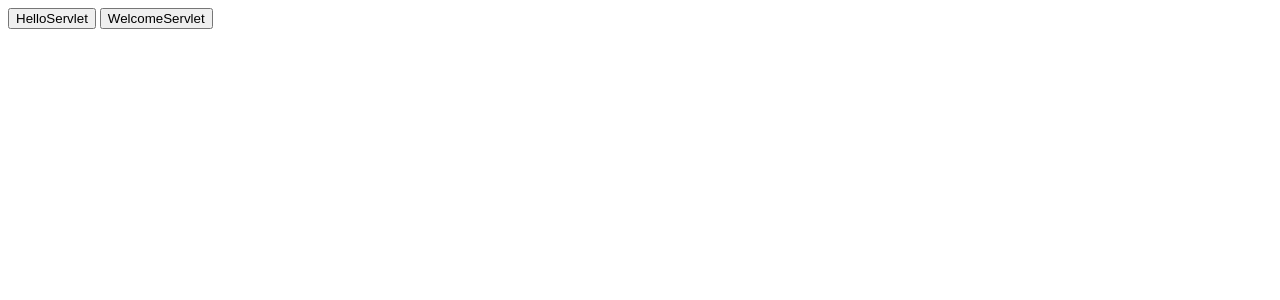
Repository: yusuke413/work-test
Page: http://localhost/HelloServlet/
The author's editor kept a copy of each file at every save. The page is drawn from the files as they stood at one save, then again after the next save.
The browser window is 1280 px wide. The pictures show the whole page.
The page is served by Tomcat 9.

Above is the page before, as saved 2018-11-26 07:06:13.

After the next save:
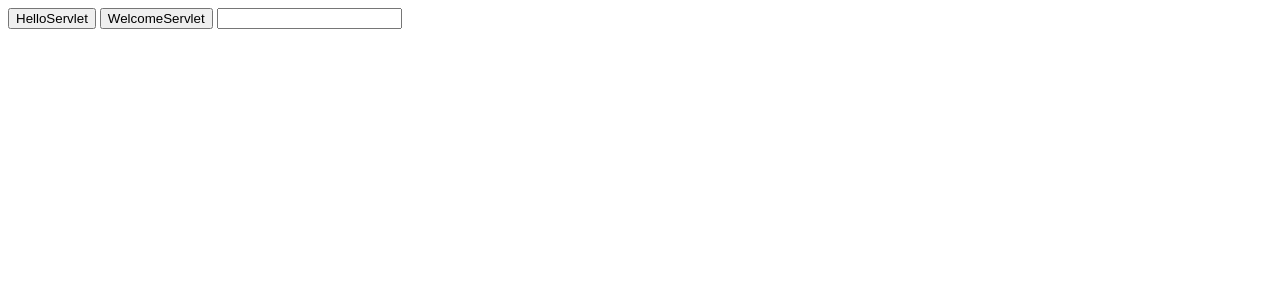
Saved 9 s later.
--- a/HelloServlet/WebContent/index.jsp
+++ b/HelloServlet/WebContent/index.jsp
@@ -27,6 +27,9 @@
         <input type="button" value="WelcomeServlet"
             onClick="location.href='welcome.jsp'">
 
+            <input type="button value="問い合わせ"
+            onclick="location.href='inquiry.jsp'">
+
     </body>
 
     </html>
